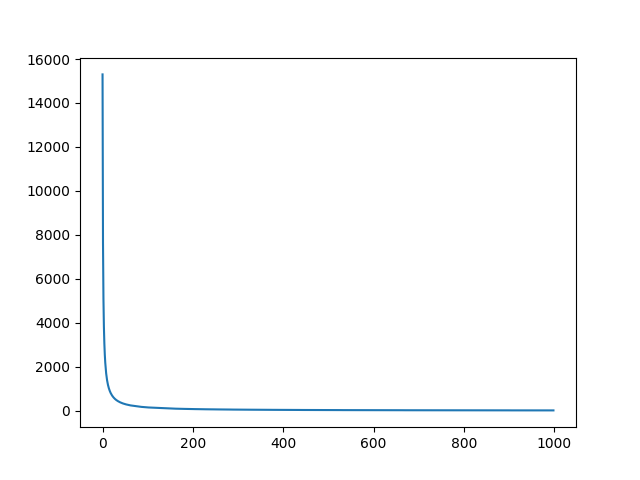
Repository: Vorztek/Data
Script's output: python Exercices_Python/Old_project/Maths_and_algorithms/Première_série_exo/génération_nombre_premiers.py
An editor plug-in stored every save of this project. The script's output is shown before and after the next save, followed by the edit.
Random numbers start from a fixed seed.

Above is the script's output before, as saved 2021-07-28 13:49:01.

After the next save:
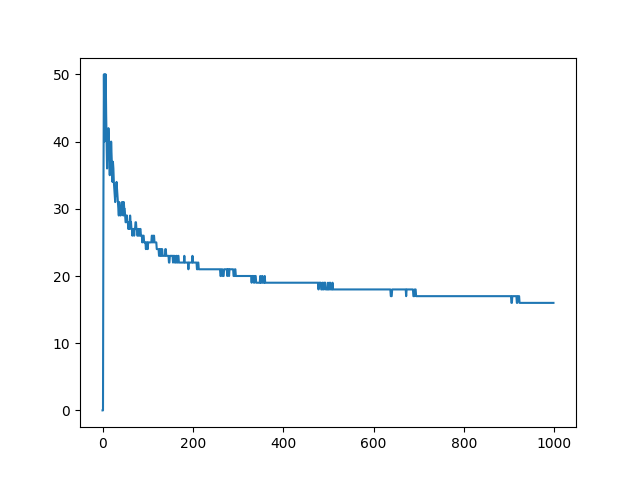
Saved 16 s later.
--- a/Exercices_Python/Old_project/Maths_and_algorithms/Première_série_exo/génération_nombre_premiers.py
+++ b/Exercices_Python/Old_project/Maths_and_algorithms/Première_série_exo/génération_nombre_premiers.py
@@ -13,7 +13,7 @@ def is_prime(p):
 def number_of_prime(n):
     compte = 0
     # Pour chaque élement compris dans la liste de chaque élement de l'intervalle
-    for i in range(50, 1000):
+    for i in range(n):
         if is_prime(i) is True:
             compte += 1
     # Print("Entre 1 et {} il y a {} nombres premier".format(valeur, compte))
